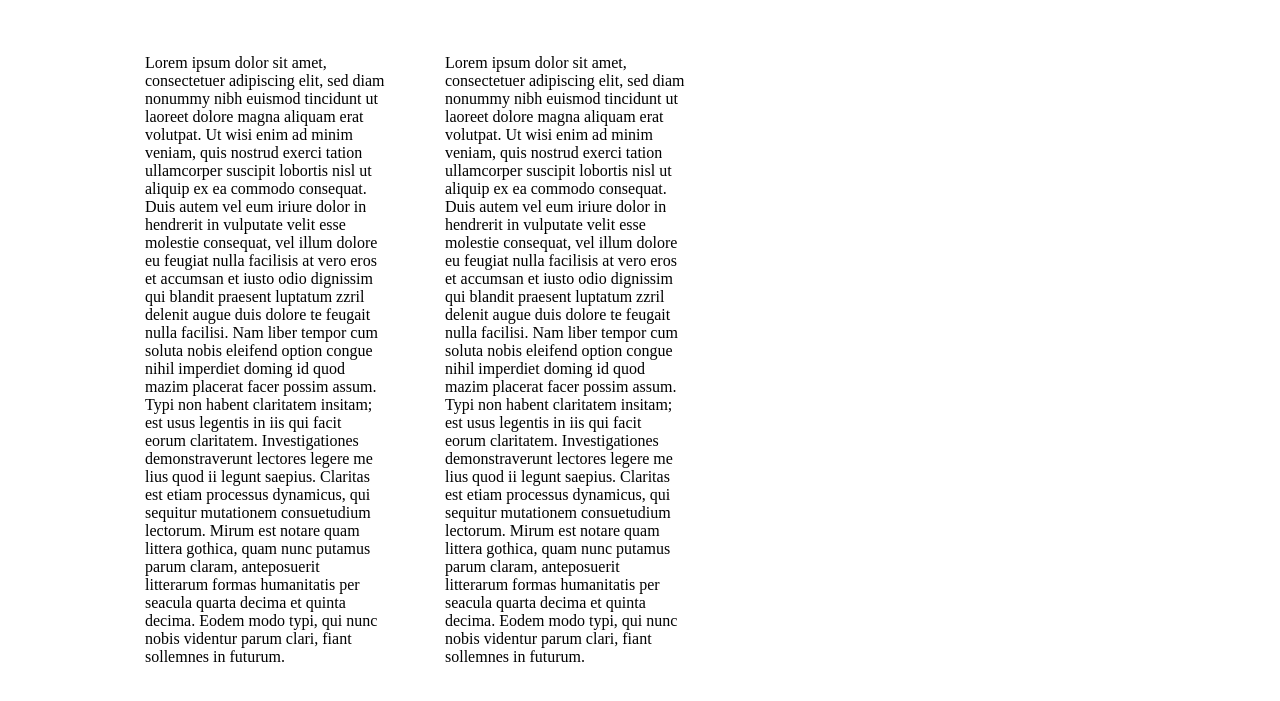
Repository: isiko1/the_importance_of_this
Page: index.html
The author's editor kept a record of every edit. The page is drawn from the files as they stood at one moment, then again after the next edit.
The browser window is 1280 px wide. The pictures show the whole page.

Above is the page before.

### index.html
<!DOCTYPE html>
<html lang="en">
<head>
    <meta charset="UTF-8">
    <meta name="viewport" content="width=device-width, initial-scale=1.0">
    <meta http-equiv="X-UA-Compatible" content="ie=edge">
    <link rel="stylesheet" href="css/style.css" type="text/css" />
    <script type="text/javascript" src="js/jquery-3.4.1.js"></script>
    <title>Document</title>
</head>
<body>
    <div id ="container">
        <div class="card">
            <p>Lorem ipsum dolor sit amet, consectetuer adipiscing elit,
            sed diam nonummy nibh euismod tincidunt ut laoreet dolore
            magna aliquam erat volutpat. Ut wisi enim ad minim veniam,
            quis nostrud exerci tation ullamcorper suscipit lobortis nisl
            ut aliquip ex ea commodo consequat. Duis autem vel eum iriure
            dolor in hendrerit in vulputate velit esse molestie consequat,
            vel illum dolore eu feugiat nulla facilisis at vero eros et
            accumsan et iusto odio dignissim qui blandit praesent luptatum
            zzril delenit augue duis dolore te feugait nulla facilisi.
            Nam liber tempor cum soluta nobis eleifend option congue
            nihil imperdiet doming id quod mazim placerat facer possim
            assum. Typi non habent claritatem insitam; est usus legentis
            in iis qui facit eorum claritatem. Investigationes
            demonstraverunt lectores legere me lius quod ii legunt saepius.
            Claritas est etiam processus dynamicus, qui sequitur mutationem
            consuetudium lectorum. Mirum est notare quam littera gothica,
            quam nunc putamus parum claram, anteposuerit litterarum formas
            humanitatis per seacula quarta decima et quinta decima. Eodem
            modo typi, qui nunc nobis videntur parum clari, fiant sollemnes
            in futurum.</p>
        </div>
        <div class="card">
            <p>Lorem ipsum dolor sit amet, consectetuer adipiscing elit,
            sed diam nonummy nibh euismod tincidunt ut laoreet dolore
            magna aliquam erat volutpat. Ut wisi enim ad minim veniam,
            quis nostrud exerci tation ullamcorper suscipit lobortis nisl
            ut aliquip ex ea commodo consequat. Duis autem vel eum iriure
            dolor in hendrerit in vulputate velit esse molestie consequat,
            vel illum dolore eu feugiat nulla facilisis at vero eros et
            accumsan et iusto odio dignissim qui blandit praesent luptatum
            zzril delenit augue duis dolore te feugait nulla facilisi.
            Nam liber tempor cum soluta nobis eleifend option congue
            nihil imperdiet doming id quod mazim placerat facer possim
            assum. Typi non habent claritatem insitam; est usus legentis
            in iis qui facit eorum claritatem. Investigationes
            demonstraverunt lectores legere me lius quod ii legunt saepius.
            Claritas est etiam processus dynamicus, qui sequitur mutationem
            consuetudium lectorum. Mirum est notare quam littera gothica,
            quam nunc putamus parum claram, anteposuerit litterarum formas
            humanitatis per seacula quarta decima et quinta decima. Eodem
            modo typi, qui nunc nobis videntur parum clari, fiant sollemnes
            in futurum.</p>
        </div>
    </div>
    <script type="text/javascript" src="js/script.js"></script>
</body>
</html>

### css/style.css
#container {
    display: flex; /* makes container a flexbox */
    flex-flow: row-wrap; /* layout the rows and wrap them */
    box-sizing: border-box;
    margin-right: auto;
    margin-left: auto;
    max-width: 1050px;
}
.card {
    flex: 1; /* make contents controllable by flexbox */
    display:flex;
    flex-flow: column;
    max-width: 240px;
    margin: 10px;
    padding: 20px;
    background-color: #fff;
}

Loaded but not shown: js/jquery-3.4.1.js (library); js/script.js (no copy from this time; the picture is the same without it)

After the next edit:
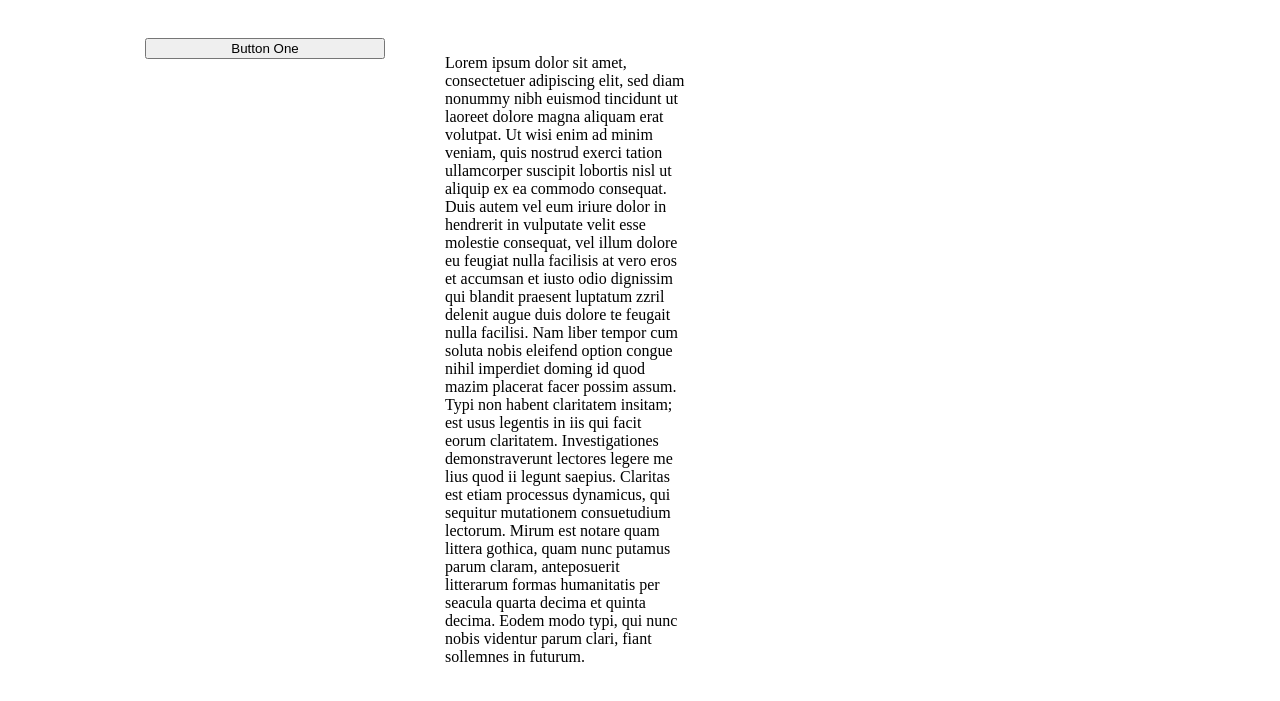
The edit:
--- a/index.html
+++ b/index.html
@@ -11,26 +11,7 @@
 <body>
     <div id ="container">
         <div class="card">
-            <p>Lorem ipsum dolor sit amet, consectetuer adipiscing elit,
-            sed diam nonummy nibh euismod tincidunt ut laoreet dolore
-            magna aliquam erat volutpat. Ut wisi enim ad minim veniam,
-            quis nostrud exerci tation ullamcorper suscipit lobortis nisl
-            ut aliquip ex ea commodo consequat. Duis autem vel eum iriure
-            dolor in hendrerit in vulputate velit esse molestie consequat,
-            vel illum dolore eu feugiat nulla facilisis at vero eros et
-            accumsan et iusto odio dignissim qui blandit praesent luptatum
-            zzril delenit augue duis dolore te feugait nulla facilisi.
-            Nam liber tempor cum soluta nobis eleifend option congue
-            nihil imperdiet doming id quod mazim placerat facer possim
-            assum. Typi non habent claritatem insitam; est usus legentis
-            in iis qui facit eorum claritatem. Investigationes
-            demonstraverunt lectores legere me lius quod ii legunt saepius.
-            Claritas est etiam processus dynamicus, qui sequitur mutationem
-            consuetudium lectorum. Mirum est notare quam littera gothica,
-            quam nunc putamus parum claram, anteposuerit litterarum formas
-            humanitatis per seacula quarta decima et quinta decima. Eodem
-            modo typi, qui nunc nobis videntur parum clari, fiant sollemnes
-            in futurum.</p>
+           <button>Button One</button>
         </div>
         <div class="card">
             <p>Lorem ipsum dolor sit amet, consectetuer adipiscing elit,
